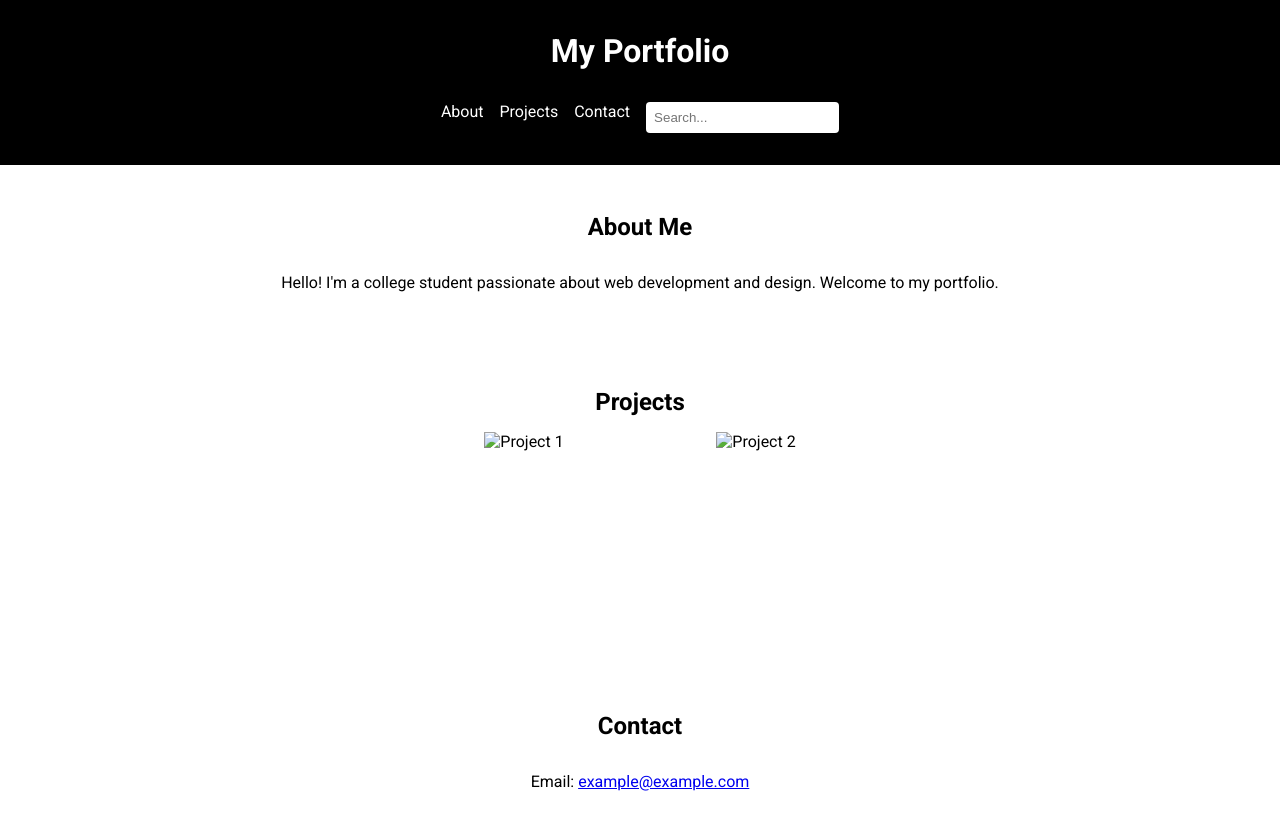
Repository: Barnabasbag/New-folder--2-
Page: in1.html
These files come from the project's save history. The page is drawn as it stood at one moment and after the next save; the edit follows.
The browser window is 1280 px wide. The pictures show the whole page.

Above is the page before, as saved 2024-06-17 01:12:59.
Not found: project1.jpg
Not found: project2.jpg
Not found: script.js

### in1.html
<!DOCTYPE html>
<html lang="en">
<head>
    <meta charset="UTF-8">
    <meta name="viewport" content="width=device-width, initial-scale=1.0">
    <title>Portfolio</title>
    <link rel="stylesheet" href="styles.css">
    <link href="https://fonts.googleapis.com/css2?family=Roboto:wght@400;700&display=swap" rel="stylesheet">
</head>
<body>
    <header>
        <h1>My Portfolio</h1>
        <nav>
            <ul>
                <li><a href="#about">About</a></li>
                <li><a href="#projects">Projects</a></li>
                <li><a href="#contact">Contact</a></li>
                <li>
                    <input type="text" id="search" placeholder="Search...">
                </li>
            </ul>
        </nav>
    </header>
    <section id="about">
        <h2>About Me</h2>
        <p>Hello! I'm a college student passionate about web development and design. Welcome to my portfolio.</p>
    </section>
    <section id="projects">
        <h2>Projects</h2>
        <div class="gallery">
            <div class="gallery-item">
                <img src="project1.jpg" alt="Project 1">
                <div class="overlay">
                    <div class="text">Project 1</div>
                </div>
            </div>
            <div class="gallery-item">
                <img src="project2.jpg" alt="Project 2">
                <div class="overlay">
                    <div class="text">Project 2</div>
                </div>
            </div>
            <!-- Add more projects as needed -->
        </div>
    </section>
    <section id="contact">
        <h2>Contact</h2>
        <p>Email: <a href="mailto:example@example.com">example@example.com</a></p>
    </section>
    <script src="script.js"></script>
</body>
</html>

### styles.css
body {
    font-family: 'Roboto', sans-serif;
    background-color: #fff;
    color: #000;
    margin: 0;
    padding: 0;
}

header {
    background-color: #000;
    color: #fff;
    padding: 1rem;
    text-align: center;
}

nav ul {
    list-style: none;
    padding: 0;
    display: flex;
    justify-content: center;
    gap: 1rem;
}

nav ul li {
    display: inline;
}

nav ul li a {
    color: #fff;
    text-decoration: none;
}

nav ul li input {
    padding: 0.5rem;
    border: none;
    border-radius: 4px;
}

section {
    padding: 2rem;
    text-align: center;
}

h1, h2 {
    margin: 0;
    padding: 1rem 0;
}

.gallery {
    display: flex;
    justify-content: center;
    gap: 2rem;
    flex-wrap: wrap;
}

.gallery-item {
    position: relative;
    width: 200px;
    height: 200px;
    overflow: hidden;
}

.gallery-item img {
    width: 100%;
    height: 100%;
    object-fit: cover;
    transition: transform 0.3s ease;
}

.gallery-item:hover img {
    transform: scale(1.1);
}

.overlay {
    position: absolute;
    top: 0;
    bottom: 0;
    left: 0;
    right: 0;
    height: 100%;
    width: 100%;
    opacity: 0;
    transition: .3s ease;
    background-color: rgba(0,0,0,0.5);
}

.gallery-item:hover .overlay {
    opacity: 1;
}

.text {
    color: white;
    font-size: 1.5rem;
    position: absolute;
    top: 50%;
    left: 50%;
    transform: translate(-50%, -50%);
    text-align: center;
}

After the next save:
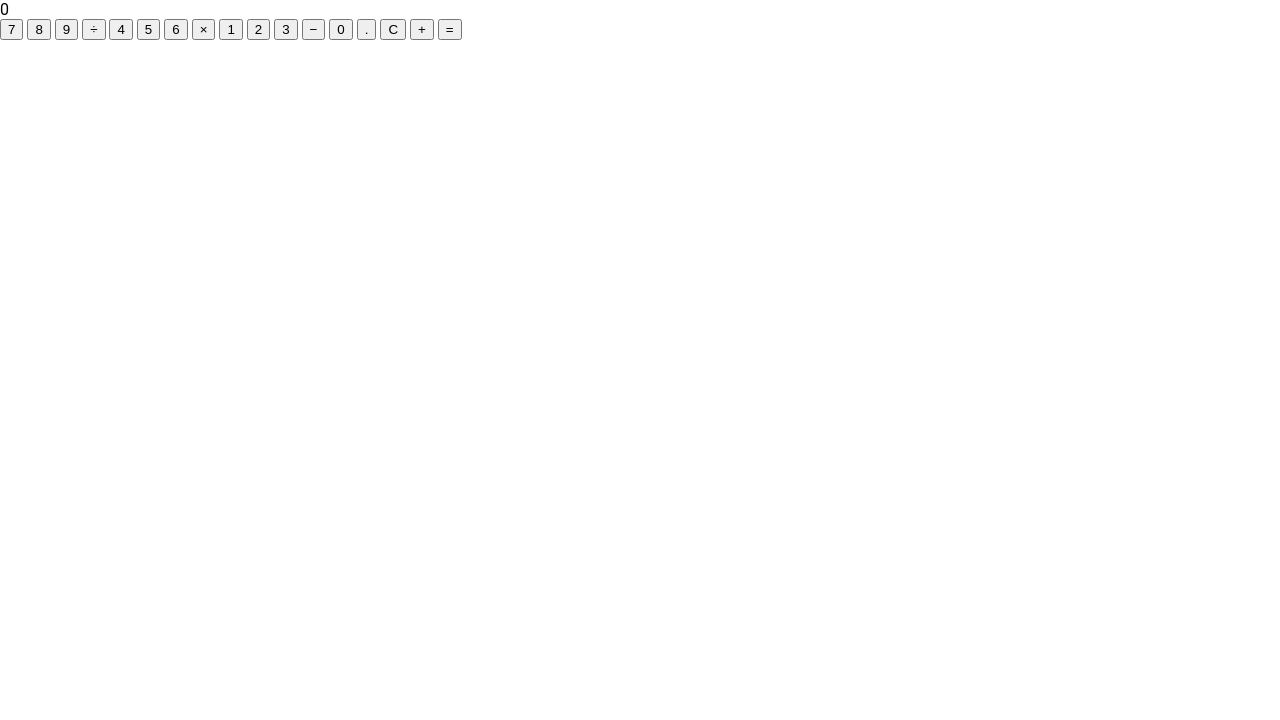
Saved 9 days later.
--- a/in1.html
+++ b/in1.html
@@ -3,50 +3,38 @@
 <head>
     <meta charset="UTF-8">
     <meta name="viewport" content="width=device-width, initial-scale=1.0">
-    <title>Portfolio</title>
+    <title>Interactive Calculator</title>
     <link rel="stylesheet" href="styles.css">
-    <link href="https://fonts.googleapis.com/css2?family=Roboto:wght@400;700&display=swap" rel="stylesheet">
 </head>
 <body>
-    <header>
-        <h1>My Portfolio</h1>
-        <nav>
-            <ul>
-                <li><a href="#about">About</a></li>
-                <li><a href="#projects">Projects</a></li>
-                <li><a href="#contact">Contact</a></li>
-                <li>
-                    <input type="text" id="search" placeholder="Search...">
-                </li>
-            </ul>
-        </nav>
-    </header>
-    <section id="about">
-        <h2>About Me</h2>
-        <p>Hello! I'm a college student passionate about web development and design. Welcome to my portfolio.</p>
-    </section>
-    <section id="projects">
-        <h2>Projects</h2>
-        <div class="gallery">
-            <div class="gallery-item">
-                <img src="project1.jpg" alt="Project 1">
-                <div class="overlay">
-                    <div class="text">Project 1</div>
-                </div>
-            </div>
-            <div class="gallery-item">
-                <img src="project2.jpg" alt="Project 2">
-                <div class="overlay">
-                    <div class="text">Project 2</div>
-                </div>
-            </div>
-            <!-- Add more projects as needed -->
+    <div class="calculator">
+        <div class="calculator-display" id="display">
+            0
         </div>
-    </section>
-    <section id="contact">
-        <h2>Contact</h2>
-        <p>Email: <a href="mailto:example@example.com">example@example.com</a></p>
-    </section>
+        <div class="calculator-buttons">
+            <button class="button" data-value="7">7</button>
+            <button class="button" data-value="8">8</button>
+            <button class="button" data-value="9">9</button>
+            <button class="button operator" data-value="/">÷</button>
+
+            <button class="button" data-value="4">4</button>
+            <button class="button" data-value="5">5</button>
+            <button class="button" data-value="6">6</button>
+            <button class="button operator" data-value="*">×</button>
+
+            <button class="button" data-value="1">1</button>
+            <button class="button" data-value="2">2</button>
+            <button class="button" data-value="3">3</button>
+            <button class="button operator" data-value="-">−</button>
+
+            <button class="button" data-value="0">0</button>
+            <button class="button" data-value=".">.</button>
+            <button class="button" id="clear">C</button>
+            <button class="button operator" data-value="+">+</button>
+
+            <button class="button equals" id="equals">=</button>
+        </div>
+    </div>
     <script src="script.js"></script>
 </body>
 </html>
